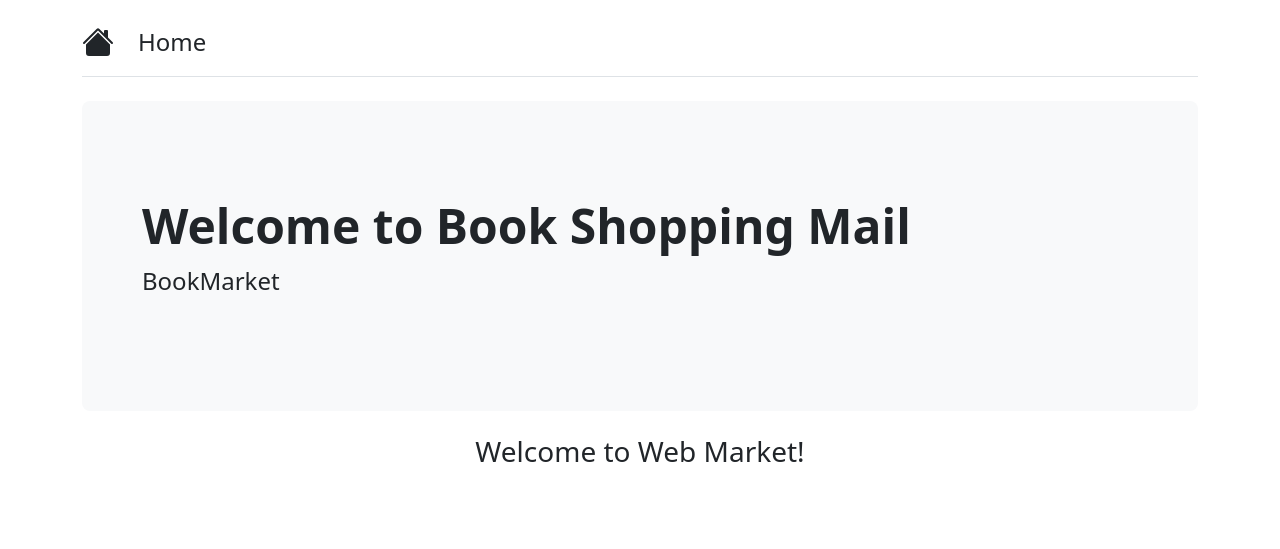
Repository: yeom724/JSP_test
Page: http://localhost/bookmarket/
These files come from the project's save history. The page is drawn as it stood at one moment and after the next save; the edit follows.
The browser window is 1280 px wide. The pictures show the whole page.
The page is served by Tomcat 10. Other server files are loaded and not shown.

Above is the page before, as saved 2024-10-08 02:33:42.

### bookmarket/src/main/webapp/welcome.jsp
<%@ page language="java" contentType="text/html; charset=UTF-8"
    pageEncoding="UTF-8"%>
<!DOCTYPE html>
<html>
<head>
<link href="https://cdn.jsdelivr.net/npm/bootstrap@5.3.0-alpha1/dist/css/bootstrap.min.css" rel="stylesheet">
<meta charset="UTF-8">
<title>Welcome</title>
</head>
<body>
	<div class = "container py-4">

		<header class = "pb-3 mb-4 border-bottom">
			<a href="welcome.jsp" class = "d-flex align-items-center text-dark text-decoration-none">
				<svg  width="32" height="32" fill="currentColor" class="bi bi-house-fill" viewBox="0 0 16 16">
              		<path d="M8.707 1.5a1 1 0 0 0-1.414 0L.646 8.146a.5.5 0 0 0 .708.708L8 2.207l6.646 6.647a.5.5 0 0 0 .708-.708L13 5.793V2.5a.5.5 0 0 0-.5-.5h-1a.5.5 0 0 0-.5.5v1.293L8.707 1.5Z"/>
              		<path d="m8 3.293 6 6V13.5a1.5 1.5 0 0 1-1.5 1.5h-9A1.5 1.5 0 0 1 2 13.5V9.293l6-6Z"/>
        		</svg>

        		<span class = "fs-4">　Home</span>
			</a>
		</header>

		<%!
			String greeting = "Welcome to Book Shopping Mail";
			String tagline = "Welcome to Web Market!";
		%>

		<div class = "p-5 mb-4 bg-body-tertiary rounded-3">
			<div class = "container-fluid py-5">
				<h1 class = "display-5 fw-bold"><%= greeting %></h1>
				<p class = "col-md-8 fs-4">BookMarket</p>
			</div>
		</div>

		<div class = "row aling-items-md-stretch text-center">
			<div>
				<div>
					<h3><%= tagline %></h3>
				</div>
			</div>
		</div>

		<footer>

		</footer>
	</div>
</body>
</html>

After the next save:
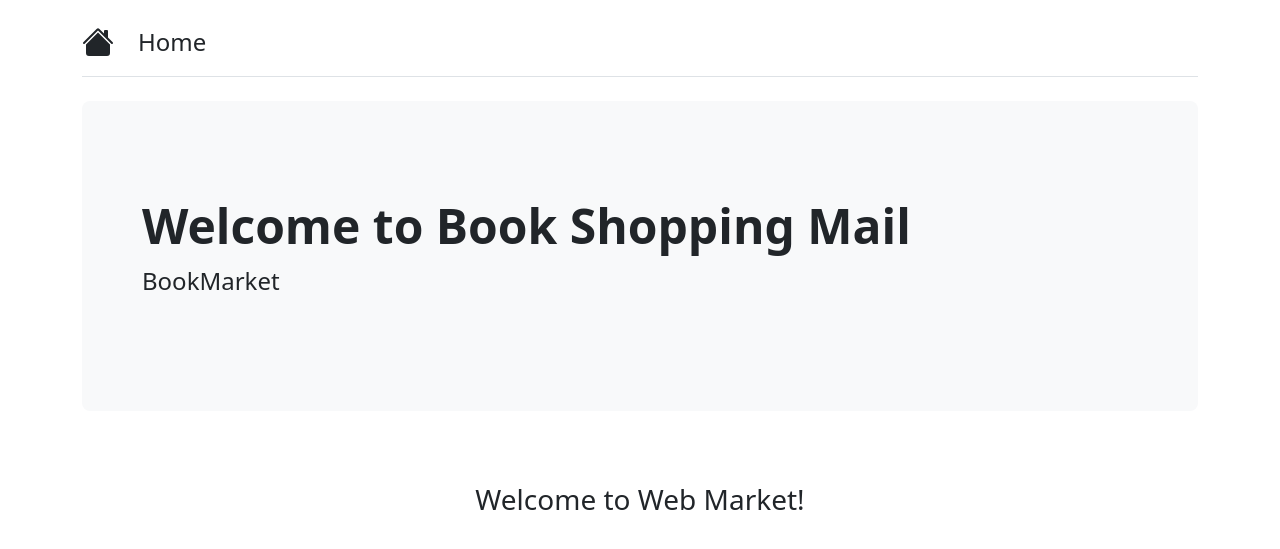
Saved 41 s later.
--- a/bookmarket/src/main/webapp/welcome.jsp
+++ b/bookmarket/src/main/webapp/welcome.jsp
@@ -34,8 +34,8 @@
 		</div>
 
 		<div class = "row aling-items-md-stretch text-center">
-			<div>
-				<div>
+			<div class="col-md-12">
+				<div class="h-100 p-5">
 					<h3><%= tagline %></h3>
 				</div>
 			</div>
